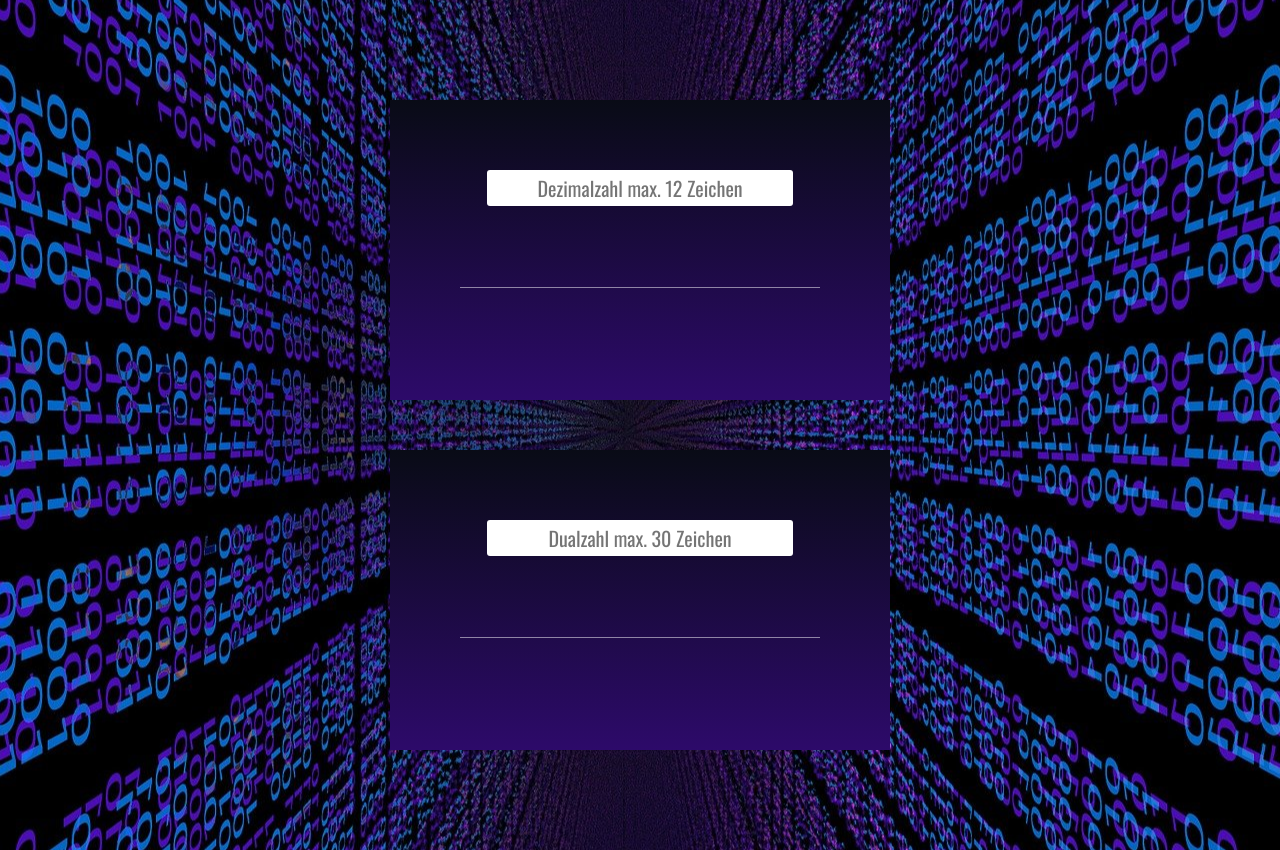
Repository: NadiaSchmitz/dual_dezimal.githab.io
Page: index.html
The author's editor kept a record of every edit. The page is drawn from the files as they stood at one moment, then again after the next edit.
The browser window is 1280 px wide. The pictures show the whole page.

Above is the page before.

After the next edit:
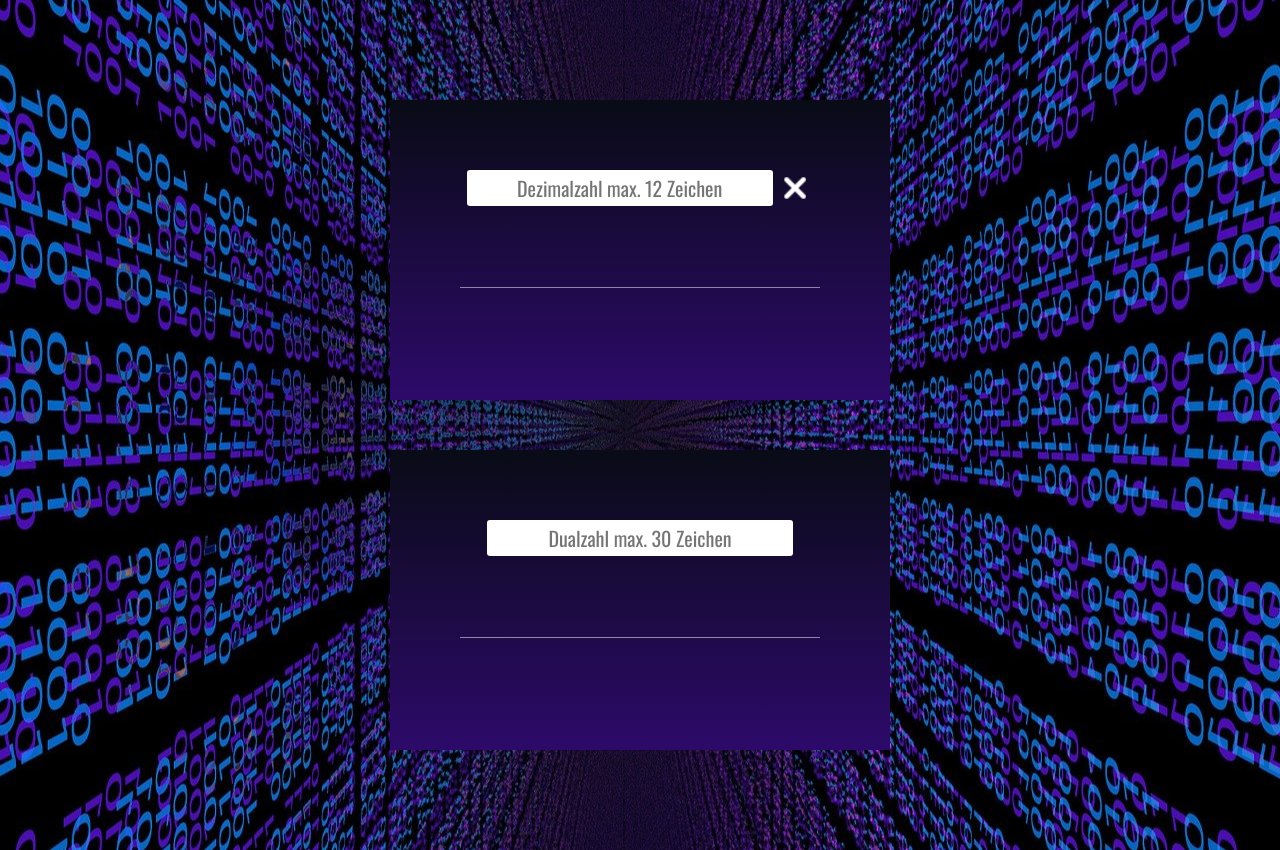
The edit:
--- a/index.html
+++ b/index.html
@@ -20,7 +20,7 @@
     <div class="inner_wrapper">
       <div>
         <input type="number" name="dezimal" id="dezimal" placeholder="Dezimalzahl max. 12 Zeichen"/>
-        <span id="dezimal_remove"></span>
+        <span id="dezimal_remove" class="remove"></span>
         <p id="dual"></p>
       </div>
     </div>
